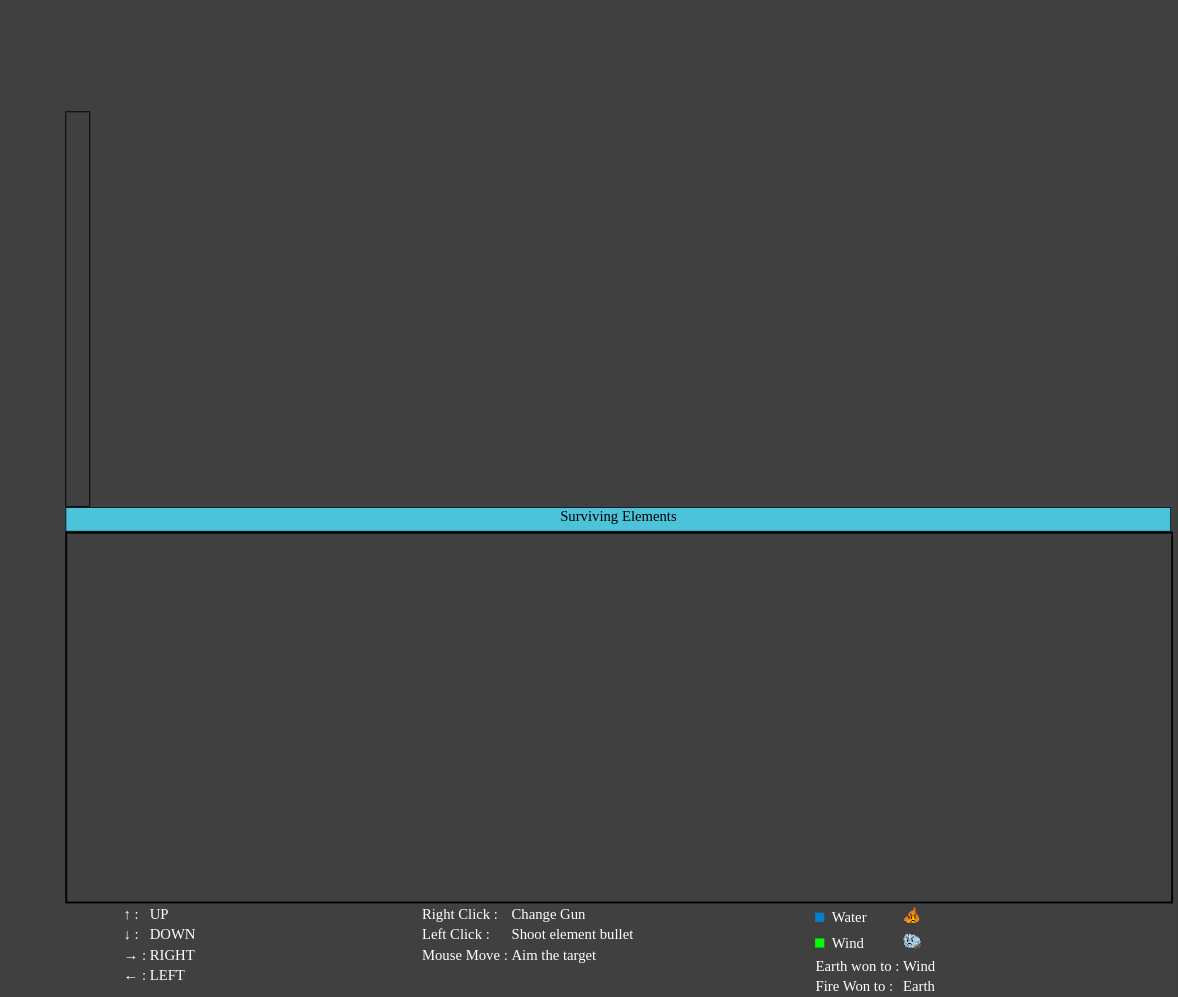
Repository: Pabloitto/Surviving-elements
Page: Surviving-Elements/index.html
The author's editor kept a record of every edit. The page is drawn from the files as they stood at one moment, then again after the next edit.
The browser window is 1280 px wide. The pictures show the whole page, at 92% of full size.

Above is the page before.
Console error: ReferenceError: Shape is not defined

After the next edit:
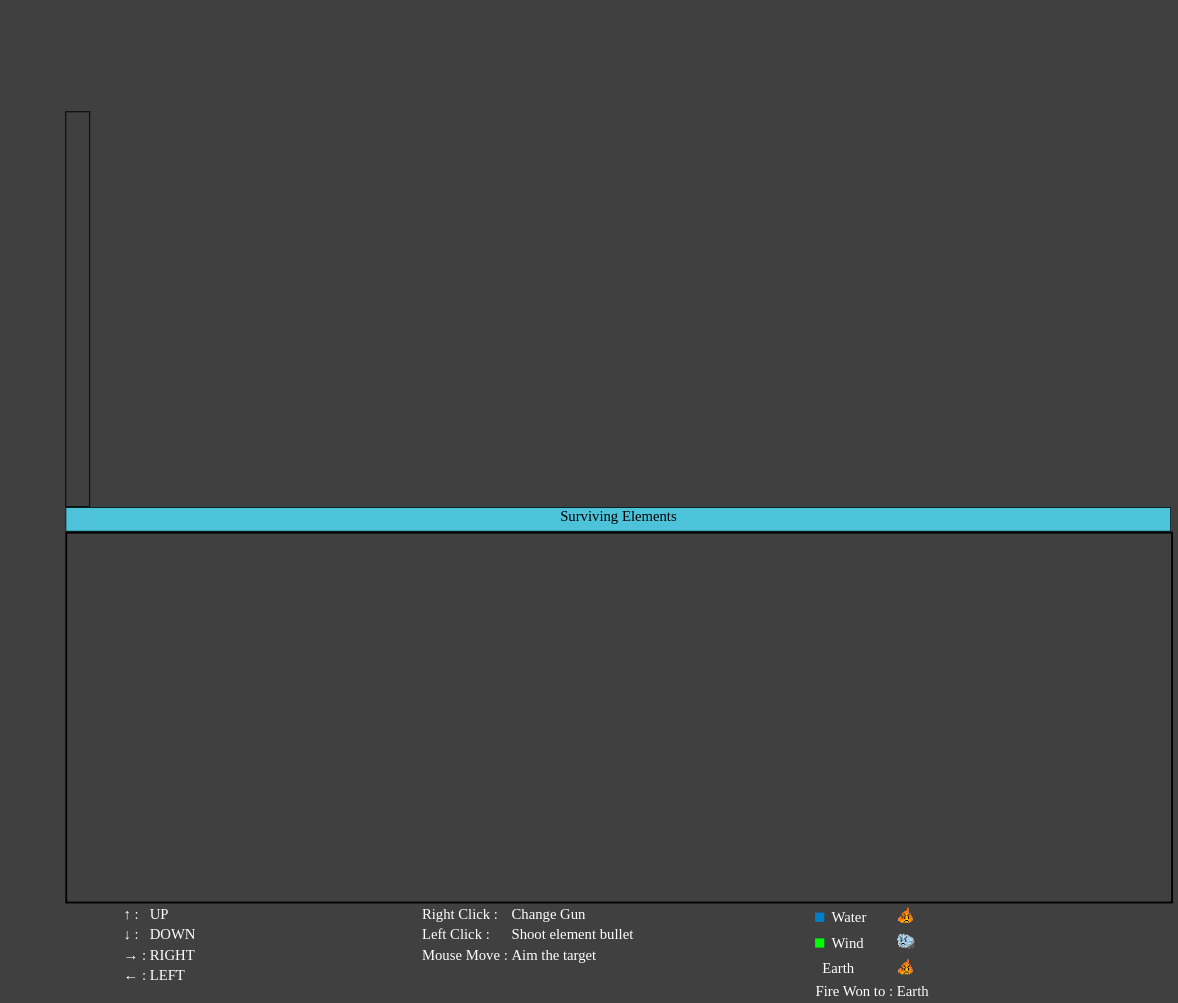
The edit:
--- a/Surviving-Elements/index.html
+++ b/Surviving-Elements/index.html
@@ -67,7 +67,13 @@
               </td>
             </tr>
             <tr>
-              <td>Earth won to : </td><td>Wind</td>
+              <td>
+                <span id="current" class="Earth"></span>
+                <label class="name">Earth</label>
+              </td>
+              <td>
+                <span class="spriteElements fire"></span>
+              </td>
             </tr>
             <tr>
               <td>Fire Won to : </td><td>Earth</td>
